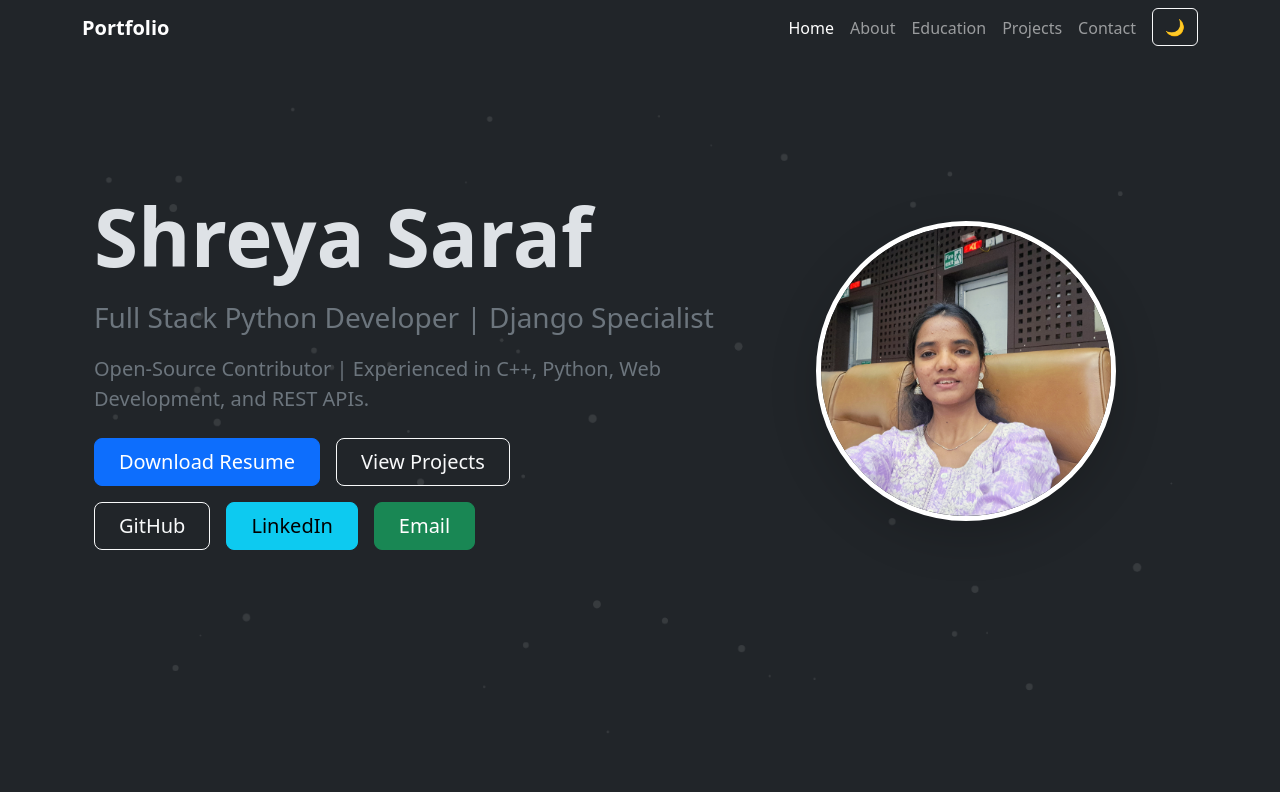
Repository: Shreyasaraf01/shreya-portfolio
Page: http://localhost/
These files come from the project's save history. The page is drawn as it stood at one moment and after the next save; the edit follows.
The browser window is 1280 px wide. The pictures show the whole page.
The page is served by the project's application, run on Django 5.2 (manage.py).

Above is the page before, as saved 2025-09-13 23:13:22.

After the next save:
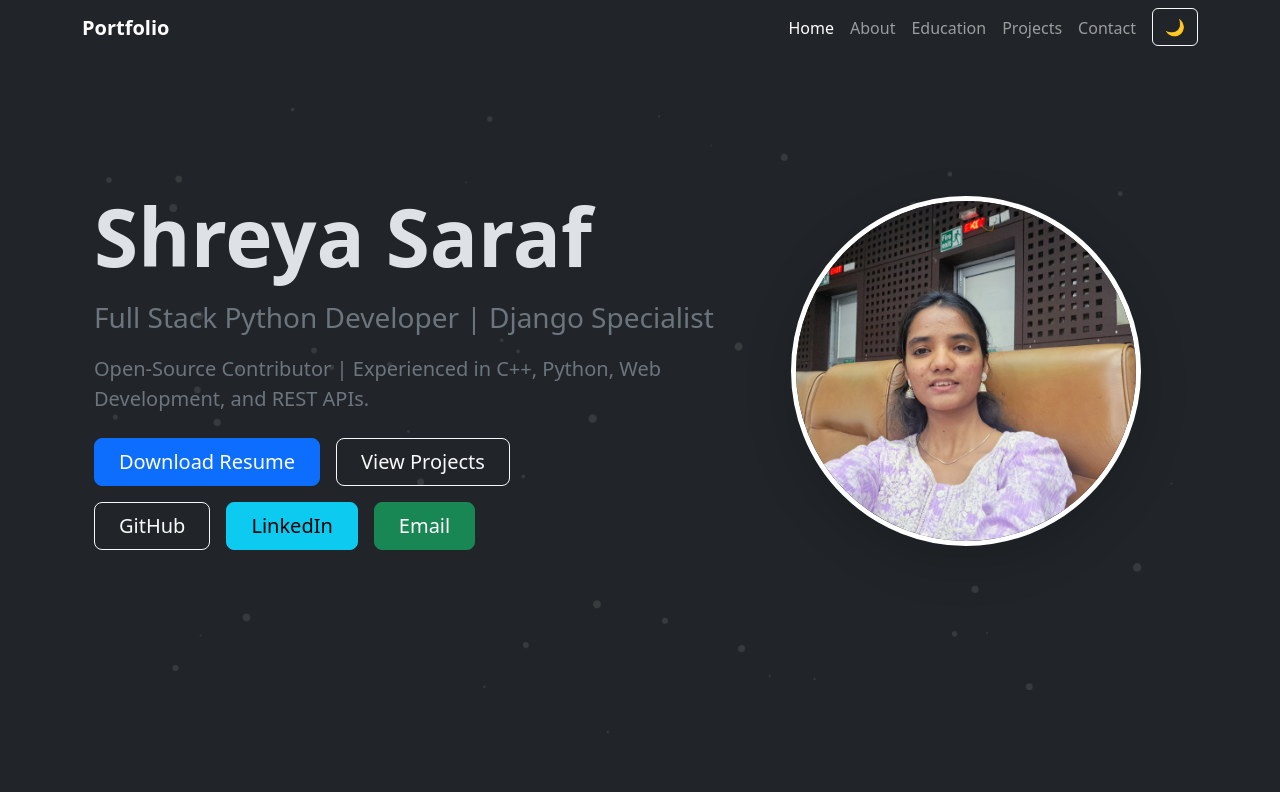
Saved 3 min 33 s later.
--- a/main/templates/main/index.html
+++ b/main/templates/main/index.html
@@ -35,14 +35,14 @@
       </div>
 
       <!-- Profile Image -->
-      <div class="col-md-5 text-center">
-        <img src="{% static 'images/profile.jpg' %}"
-             alt="profile"
-             class="rounded-circle shadow-lg"
-             style="width:300px; height:300px; object-fit:cover; border:5px solid #fff; transition: transform 0.3s;"
-             onmouseover="this.style.transform='scale(1.08)';"
-             onmouseout="this.style.transform='scale(1)';">
-      </div>
+<div class="col-md-5 text-center">
+  <img src="{% static 'images/profile.jpg' %}"
+       alt="profile"
+       class="rounded-circle shadow-lg"
+       style="width:350px; height:350px; object-fit:cover; border:5px solid #fff; transition: transform 0.3s;"
+       onmouseover="this.style.transform='scale(1.08)';"
+       onmouseout="this.style.transform='scale(1)';">
+</div>
 
     </div>
   </div>
